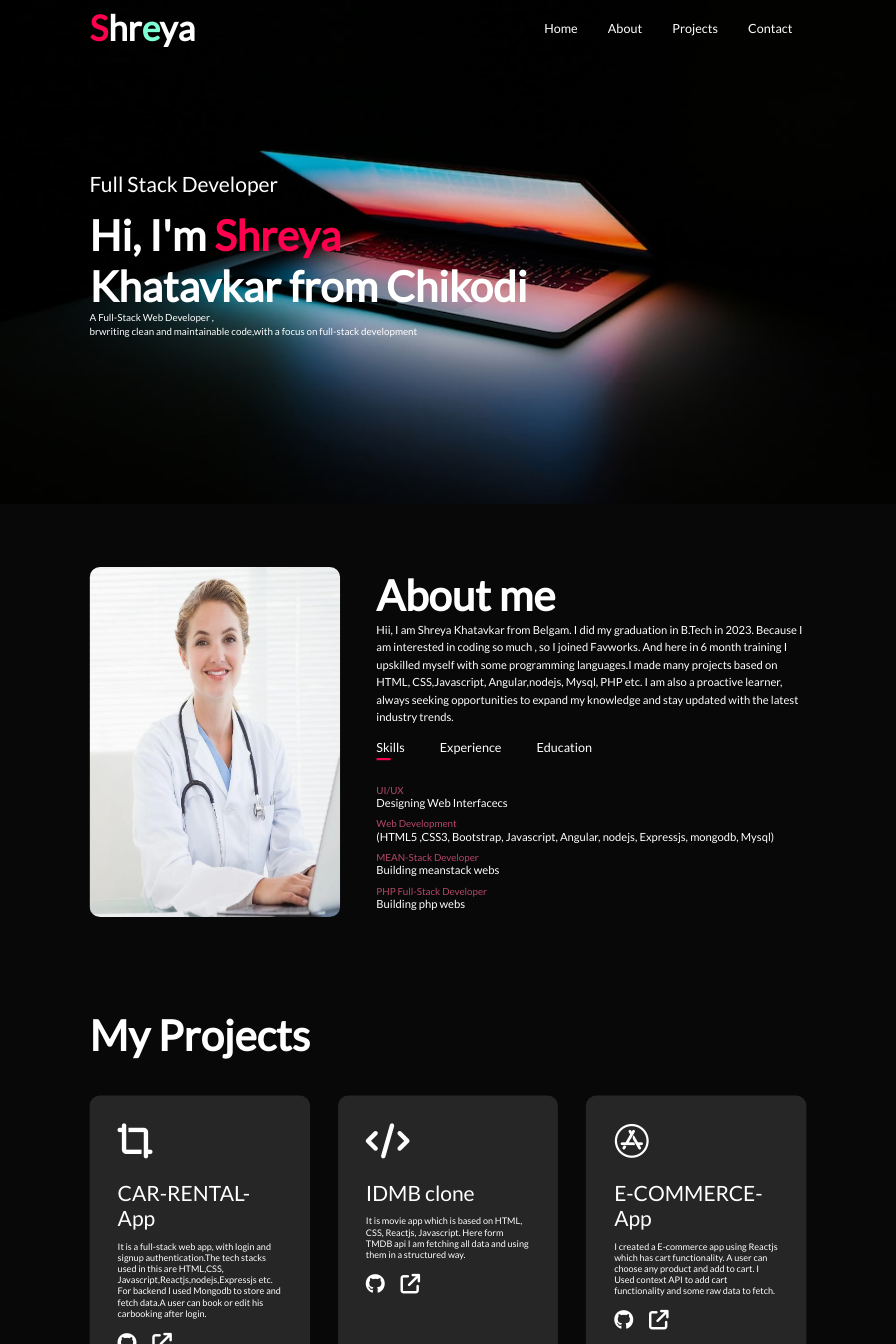
Repository: Shreya-0107/My-Portfoilo
Page: index.html
These files come from the project's save history. The page is drawn as it stood at one moment and after the next save; the edit follows.
The browser window is 1280 px wide. The pictures show the part of the page from y = 0 to 1920 px (the page is 3302 px tall), at 70% of full size.
Some web libraries are served in a nearby version.

Above is the page before, as saved 2024-05-02 11:14:00.

### index.html
<!DOCTYPE html>
<html lang="en">

<head>
    <meta charset="UTF-8" />
    <meta name="viewport" content="width=device-width, initial-scale=1.0" />
    <title>My Portfolio</title>
    <link rel="stylesheet" href="style.css" />
    <script src="https://kit.fontawesome.com/2d98b2752b.js" crossorigin="anonymous"></script>
</head>

<body>
    <!-- --------------header------------ -->
    <div id="header">
        <div class="container">
            <nav>
                <h1><span>S</span>hr<span style="color: aquamarine;">e</span>ya</h2>
                    <ul id="sideMenu">
                        <li><a href="#header">Home</a></li>
                        <li><a href="#about">About</a></li>
                        <li><a href="#services">Projects</a></li>
                        <li><a href="#contact">Contact</a></li>
                        <i class="fa-solid fa-circle-xmark" onclick="closeMenu()"></i>
                    </ul>
                    <i class="fa-solid fa-bars" onclick="openMenu()"></i>
            </nav>
            <div class="header-text">
                <p>Full Stack Developer</p>
                <h1>
                    Hi, I'm <span>Shreya</span><br />
                    Khatavkar from Chikodi
                </h1>
                <p style="font-size: 14px; line-height: 20px;">
                    A Full-Stack Web Developer , <br /> brwriting clean and maintainable
                    code,with a focus on full-stack development
                </p>
            </div>
        </div>
    </div>

    <!-- --------------about------------ -->
    <div id="about">
        <div class="container">
            <div class="row">
                <div class="about-col-1">
                    <img src="images/profile.jpg" alt="" />
                </div>
                <div class="about-col-2">
                    <h1 class="subtitle">About me</h1>
                    <p style="line-height: 25px;">
                        Hii, I am Shreya Khatavkar from Belgam. I did my graduation in B.Tech
                        in 2023. Because I am interested in coding so much , so I joined
                        Favworks. And here in 6 month training I upskilled myself with
                        some programming languages.I made many projects based on HTML,
                        CSS,Javascript, Angular,nodejs, Mysql, PHP etc. I am also a proactive learner,
                        always seeking opportunities to expand my knowledge and stay
                        updated with the latest industry trends.
                    </p>

                    <div class="tab-titles">
                        <p class="tab-links active-link" onclick="opentab('skills')">
                            Skills
                        </p>
                        <p class="tab-links" onclick="opentab('Experience')">
                            Experience
                        </p>
                        <p class="tab-links" onclick="opentab('Education')">Education</p>
                    </div>

                    <div class="tab-contents active-tab" id="skills">
                        <ul>
                            <li><span>UI/UX</span><br />Designing Web Interfacecs</li>
                            <li>
                                <span>Web Development</span><br />
                                (HTML5 ,CSS3, Bootstrap, Javascript, Angular, nodejs, Expressjs,
                                mongodb, Mysql)
                            </li>
                            <li>
                                <span>MEAN-Stack Developer</span><br />Building meanstack webs
                            </li>
                            <li>
                                <span>PHP Full-Stack Developer</span><br />Building php webs
                            </li>
                        </ul>
                    </div>
                    <div class="tab-contents" id="Experience">
                        <ul>
                            <li>
                                <span>MEAN Trainee</span><br />
                                Favworks
                            </li>
                            <li><span>0 Experience</span><br />I am a Fresher</li>
                        </ul>
                    </div>
                    <div class="tab-contents" id="Education">
                        <ul>
                            <li>
                                <span>2023-2024</span><br />Web Development at Favworks
                            </li>
                            <li>
                                <span>2019-2022</span><br />B.Tech. from Lorem ipsum dolor sit amet.
                                with 80%
                            </li>
                            <li>
                                <span>2019</span><br />
                                Passed Intermediate exams with 92%
                            </li>
                        </ul>
                    </div>
                </div>
            </div>
        </div>
    </div>

    <!-- -------------------services-------------- -->
    <div id="services">
        <div class="container">
            <h1 class="subtitle">My Projects</h1>
            <div class="services-list">
                <div>
                    <i class="fa-solid fa-crop-simple"></i>
                    <h2>CAR-RENTAL-App</h2>
                    <p>
                        It is a full-stack web app, with login and signup
                        authentication.The tech stacks used in this are HTML,CSS,
                        Javascript,Reactjs,nodejs,Expressjs etc. For backend I used
                        Mongodb to store and fetch data.A user can book or edit his
                        carbooking after login.
                    </p>
                    <a href="/" target="_blank"><i class="fa-brands fa-github"></i></a>
                    <a href="/" target="_blank"><i class="fa-solid fa-arrow-up-right-from-square"></i></a>
                </div>
                <div>
                    <i class="fa-solid fa-code"></i>
                    <h2>IDMB clone</h2>
                    <p>
                        It is movie app which is based on HTML, CSS, Reactjs, Javascript.
                        Here form TMDB api I am fetching all data and using them in a
                        structured way.
                    </p>
                    <a href="/" target="_blank"><i class="fa-brands fa-github"></i></a>
                    <a href="/" target="_blank"><i class="fa-solid fa-arrow-up-right-from-square"></i></a>
                </div>

                <div>
                    <i class="fa-brands fa-app-store"></i>
                    <h2>E-COMMERCE-App</h2>
                    <p>
                        I created a E-commerce app using Reactjs which has cart
                        functionality. A user can choose any product and add to cart. I
                        Used context API to add cart functionality and some raw data to
                        fetch.
                    </p>
                    <a href="/" target="_blank"><i class="fa-brands fa-github"></i></a>
                    <a href="/" target="_blank"><i class="fa-solid fa-arrow-up-right-from-square"></i></a>
                </div>
            </div>
        </div>
    </div>

    <!-- ------------------Portfolio------------------ -->
    <div id="portfolio">
        <div class="container">
            <h1 class="subtitle">Other Projects</h1>
            <div class="worklist">
                <div class="work">
                    <img src="images/work-1.png" alt="" />
                    <div class="layer">
                        <h3>Online Food app</h3>
                        <p>
                            It is a simple HTML CSS Project. I just made UI for this.
                        </p>
                        <a href="/"><i class="fa-brands fa-github"></i></a>
                    </div>
                </div>
                <div class="work">
                    <img src="images/work-2.png" alt="" />
                    <div class="layer">
                        <h3>Image-Search-app</h3>
                        <p>
                            In this app I used Reactjs. Using useEffect and fetch api We can search and see any image.
                        </p>
                        <a href="/"><i class="fa-brands fa-github"></i></a>
                    </div>
                </div>
                <div class="work">
                    <img src="images/work-3.png" alt="" />
                    <div class="layer">
                        <h3>Spotify clone</h3>
                        <p>
                            It is a Spotify clone. Here I used HTML, CSS and Javascript with previous and next
                            functionality. we can play any music.
                        </p>
                        <a href="/"><i class="fa-brands fa-github"></i>
                        </a>
                    </div>
                </div>
            </div>
            <a href="#" class="btn">See more</a>
        </div>
    </div>

    <!-- ------------------contact--------------------- -->
    <div id="contact">
        <div class="container">
            <div class="row">
                <div class="contact-left">
                    <h1 class="subtitle">Contact Me</h1>
                    <p>
                        <i class="fa-solid fa-envelope"></i> &nbsp;
                        &nbsp;khatavkarshreya147@gmail.com
                    </p>
                    <p>
                        <i class="fa-solid fa-square-phone"></i> &nbsp; &nbsp; +91 - 9980466144
                    </p>
                    <div class="social-icons">
                        <a href="/" target="_blank"><i class="fa-brands fa-facebook"></i></a>
                        <a href="/" target="_blank"><i class="fa-brands fa-github"></i></a>
                        <a href="/" target="_blank"><i class="fa-brands fa-instagram"></i></a>
                        <a href="/" target="_blank"><i class="fa-brands fa-linkedin-in"></i></a>
                    </div>
                    <a href="images/Parul_V1.pdf" download class="btn btn2">Download CV</a>
                </div>
                <div class="contact-right">
                    <form name="submit-to-google-sheet">
                        <input type="text" name="name" placeholder="Your Name" required />
                        <input type="email" name="email" placeholder="Your Email Id" required />
                        <textarea name="message" rows="6" placeholder="Your message"></textarea>
                        <button type="submit" class="btn btn2">Submit</button>
                    </form>
                    <span id="msg"></span>
                </div>
            </div>
        </div>
    </div>

    <script src="script.js"></script>
</body>

</html>

### style.css
@import url("https://fonts.googleapis.com/css2?family=Lato&display=swap");
* {
  padding: 0;
  margin: 0;
  box-sizing: border-box;
}
html {
  scroll-behavior: smooth;
}
body {
  background-color: #080808;
  color: #fff;
  font-family: "Lato", sans-serif;
}
#header {
  width: 100%;
  height: 100vh;
  background-image: url(images/bg.jpg);
  background-size: cover;
  background-position: center;
}
.container {
  padding: 10px 10%;
}
nav {
  display: flex;
  justify-content: space-between;
  align-items: center;
  flex-wrap: wrap;
}
nav h1 {
  font-size: 50px;
}
nav h1 span {
  color: #ff004f;
}
nav ul li {
  display: inline-block;
  list-style: none;
  margin: 10px 20px;
}
nav ul li a {
  text-decoration: none;
  color: white;
  font-size: 18px;
  position: relative;
}
nav ul li a::after {
  content: "";
  width: 0;
  height: 3px;
  position: absolute;
  left: 0;
  bottom: -6px;
  background: #ff004f;
  transition: 0.5s;
}
nav ul li a:hover::after {
  width: 100%;
}
.header-text {
  font-size: 30px;
  margin-top: 17%;
}
.header-text h1 {
  font-size: 60px;
  margin-top: 20px;
}
.header-text h1 span {
  color: #ff004f;
}

/* ---------------about-------------- */
#about {
  padding: 80px 0;
}
.row {
  display: flex;
  justify-content: space-between;
  align-items: center;
}
.about-col-1 {
  flex-basis: 35%; /*width*/
}
.about-col-1 img {
  width: 100%;
  border-radius: 15px;
  height: 500px;
}
.about-col-2 {
  flex-basis: 60%; /* total 95% means 5% for space btw them*/
}
.subtitle {
  font-size: 60px;
  color: white;
  font-weight: 600;
}

.tab-titles {
  display: flex;
  margin: 20px 0px 40px;
}
.tab-links {
  margin-right: 50px;
  font-size: 18px;
  font-weight: 500;
  cursor: pointer;
  position: relative;
}
.tab-links::after {
  content: "";
  width: 0;
  height: 3px;
  position: absolute;
  background: #ff004f;
  left: 0;
  bottom: -8px;
  transition: 0.5s;
}
.tab-links.active-link::after {
  width: 50%;
}
.tab-contents ul li {
  list-style: none;
  margin: 10px 0;
}
.tab-contents ul li span {
  color: #b54769;
  font-size: 14px;
}
.tab-contents {
  display: none;
}

.tab-contents.active-tab {
  display: block;
}

/* -------------Services--------------- */
#services {
  padding: 30px 0;
}
.services-list {
  display: grid;
  grid-template-columns: repeat(auto-fit, minmax(250px, 1fr));
  grid-gap: 40px;
  margin-top: 50px;
}
.services-list div {
  padding: 40px;
  background-color: #262626;
  font-size: 13px;
  font-weight: 300;
  border-radius: 15px;
  transition: background 0.5s, transform 0.5s;
}
.services-list div i {
  font-size: 50px;
  margin-bottom: 30px;
}
.services-list div h2 {
  font-size: 30px;
  font-weight: 500;
  margin-bottom: 15px;
}
.services-list div a {
  text-decoration: none;
  color: white;
  font-size: 8px;
  margin-top: 20px;
  margin-right: 20px;
  display: inline-block;
}

.services-list div:hover {
  background: #ff004f;
  transform: translateY(-10px);
}
.services-list div a i {
  font-size: 28px;
}
/* -----------------Portfolio----------------- */
#portfolio {
  padding: 50px 0;
}
.worklist {
  display: grid;
  grid-template-columns: repeat(auto-fit, minmax(250px, 1fr));
  grid-gap: 40px;
  margin-top: 50px;
}
.work {
  position: relative;
  overflow: hidden;
  border-radius: 10px;
}
.work img {
  width: 100%;
  border-radius: 10px;
  display: block;
  transition: transform 0.5s;
}
.layer {
  height: 0;
  width: 100%;
  background: linear-gradient(rgb(0, 0, 0, 0.6), #ff004f);
  border-radius: 10px;
  position: absolute;
  left: 0;
  bottom: 0;
  overflow: hidden;
  display: flex;
  align-items: center;
  justify-content: center;
  flex-direction: column;
  padding: 0 40px;
  text-align: center;
  font-size: 14px;
  transition: height 0.5s;
}
.layer h3 {
  font-weight: 500;
  margin-bottom: 20px;
}
.layer a {
  margin-top: 20px;
  color: #ff004f;
  font-size: 18px;
  line-height: 60px;
  text-decoration: none;
  background-color: #fff;
  width: 60px;
  height: 60px;
  border-radius: 50%;
  text-align: center;
}
.work:hover img {
  transform: scale(1.1);
}
.work:hover .layer {
  height: 100%;
}
.btn {
  display: block;
  margin: 50px auto;
  padding: 14px 50px;
  width: fit-content;
  border: 1px solid #ff004f;
  border-radius: 6px;
  color: white;
  text-decoration: none;
  transition: background 0.5s;
}
.btn:hover {
  background-color: #ff004f;
}

/* ----------------contact------------- */

.contact-left {
  flex-basis: 35%;
}

.contact-right {
  flex-basis: 50%;
}
.contact-left p {
  margin-top: 30px;
}
.contact-left p i {
  font-size: 20px;
  color: #ff004f;
  margin-right: 10px;
}
.social-icons {
  margin-top: 30px;
  display: flex;
  gap: 20px;
}
.social-icons a {
  text-decoration: none;
  color: #ababab;
  margin-right: 15px;
  font-size: 25px;
  transition: transform 0.5s;
}
.social-icons a:hover {
  color: #ff004f;
  transform: translateY(-5px);
}
.btn.btn2 {
  display: inline-block;
  background: #ff004f;
  width: 100%;
}
.contact-right form {
  width: 100%;
}
.contact-right input,
form textarea {
  width: 100%;
  border: 0;
  outline: none;
  background: #262626;
  padding: 15px;
  margin: 15px 0;
  color: white;
  font-size: 18px;
  border-radius: 6px;
}
form .btn2 {
  padding: 14px 60px;
  margin-top: 20px;
  font-size: 18px;
  cursor: pointer;
}

/* ----------------css for small screens--------------- */
nav .fa-circle-xmark {
  display: none;
}
nav .fa-bars {
  display: none;
}

@media only screen and (max-width: 600px) {
  #header {
    background-image: url(images/phone-background.png);
  }
  .header-text {
    margin-top: 100%;
    font-size: 18px;
  }
  .header-text h1 {
    font-size: 30px;
  }
  nav .fa-circle-xmark {
    display: block;
    font-size: 25px;
  }
  nav .fa-bars {
    display: block;
    font-size: 25px;
  }
  nav ul {
    position: fixed;
    background: #ff004f;
    top: 0;
    right: -200px;
    height: 100vh;
    width: 200px;
    padding-top: 50px;
    z-index: 2;
    transition: right 0.6s;
  }
  nav ul li {
    display: block;
    margin: 25px;
  }
  nav ul .fa-circle-xmark {
    position: absolute;
    top: 25px;
    left: 25px;
    cursor: pointer;
  }
  .about-col-1,
  .about-col-2 {
    flex-basis: 100%;
  }
  .subtitle {
    font-size: 40px;
  }
  .about-col-1 {
    margin-bottom: 30px;
  }
  .row {
    display: flex;
    flex-direction: column;
  }
  .about-col-1 img {
    width: 100%;
    display: block;
  }

  .about-col-2 {
    font-size: 14px;
  }
  .tab-links {
    font-size: 16px;
    margin-right: 20px;
  }
  .contact-left,
  .contact-right {
    flex-basis: 100%;
  }
}
#msg {
  color: #61b752;
  margin-top: -40px;
  display: block;
}

### script.js
let tablinks = document.getElementsByClassName("tab-links");
let tabcontents = document.getElementsByClassName("tab-contents");
function opentab(tab) {
  for (tablink of tablinks) {
    tablink.classList.remove("active-link");
  }
  for (tabcontent of tabcontents) {
    tabcontent.classList.remove("active-tab");
  }
  event.currentTarget.classList.add("active-link");
  document.getElementById(tab).classList.add("active-tab");
}

// handling menu bar
let sideMenu = document.getElementById("sideMenu");
function closeMenu() {
  sideMenu.style.right = "-200px";
}
function openMenu() {
  sideMenu.style.right = "0";
}

const scriptURL =
  "https://script.google.com/macros/s/AKfycbxMTOxEiFjc0hUrgWN9mQ-5n47-T5l_UMVKfV8-yn7yE-N2vm1oDMacEvlSgU707DB62A/exec";
const form = document.forms["submit-to-google-sheet"];
const msg = document.getElementById("msg");

form.addEventListener("submit", (e) => {
  e.preventDefault();
  fetch(scriptURL, { method: "POST", body: new FormData(form) })
    .then((response) => {
      msg.innerHTML = "Message sent successfully";
      setTimeout(() => {
        msg.innerHTML = "";
      }, 5000);
      form.reset();
    })
    .catch((error) => console.error("Error!", error.message));
});

After the next save:
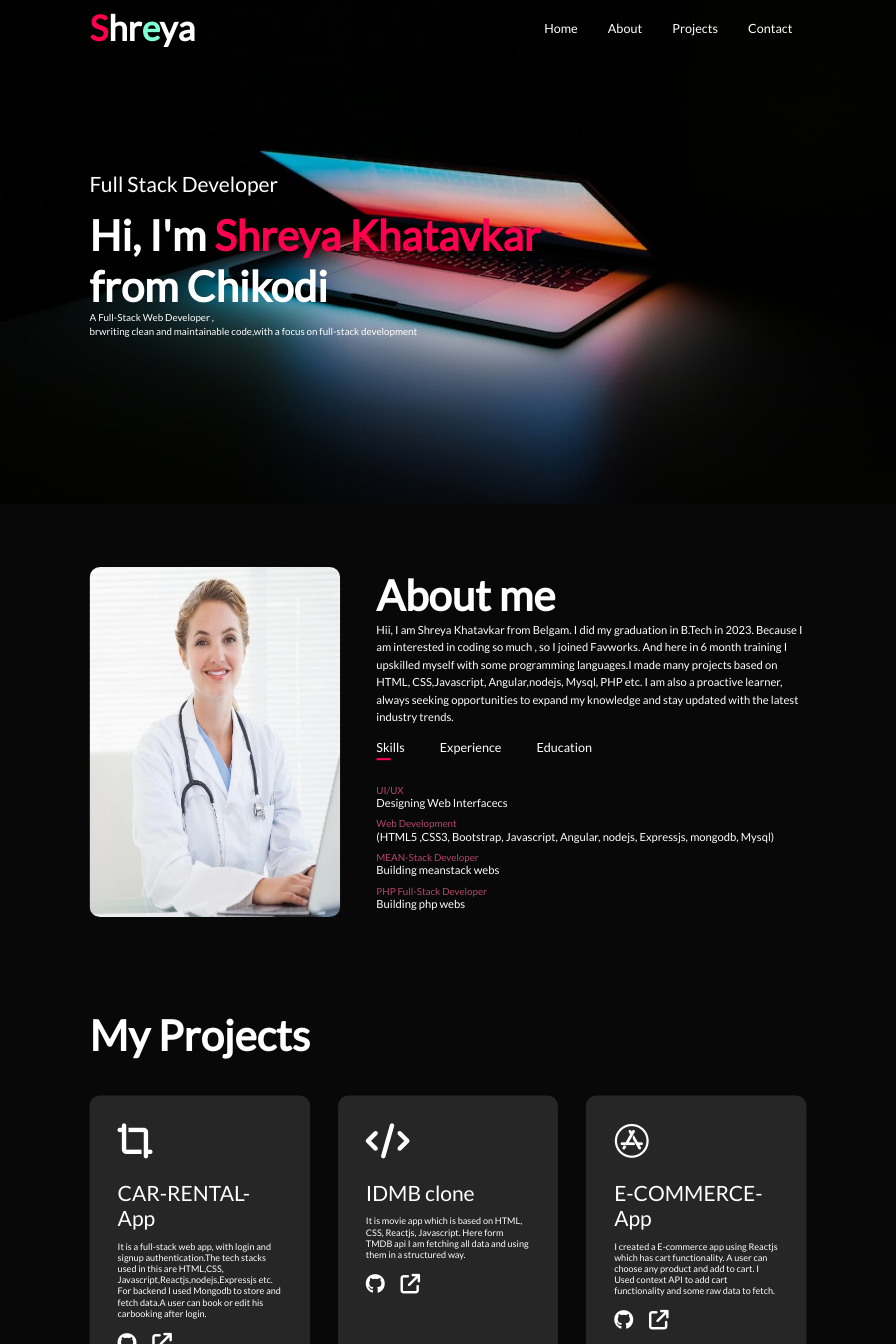
Saved 25 h 49 min later.
--- a/index.html
+++ b/index.html
@@ -27,8 +27,8 @@
             <div class="header-text">
                 <p>Full Stack Developer</p>
                 <h1>
-                    Hi, I'm <span>Shreya</span><br />
-                    Khatavkar from Chikodi
+                    Hi, I'm <span>Shreya Khatavkar</span><br />
+                     from Chikodi
                 </h1>
                 <p style="font-size: 14px; line-height: 20px;">
                     A Full-Stack Web Developer , <br /> brwriting clean and maintainable
